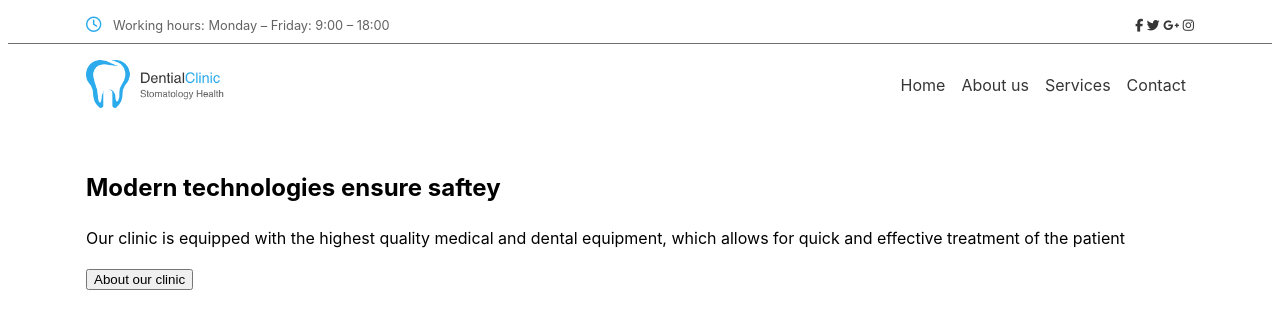
Repository: skepp4rn/uppgift1
Page: index.html
These files come from the project's save history. The page is drawn as it stood at one moment and after the next save; the edit follows.
The browser window is 1280 px wide. The pictures show the whole page.
Some web libraries are served in a nearby version.

Above is the page before, as saved 2020-11-18 20:17:29.

After the next save:
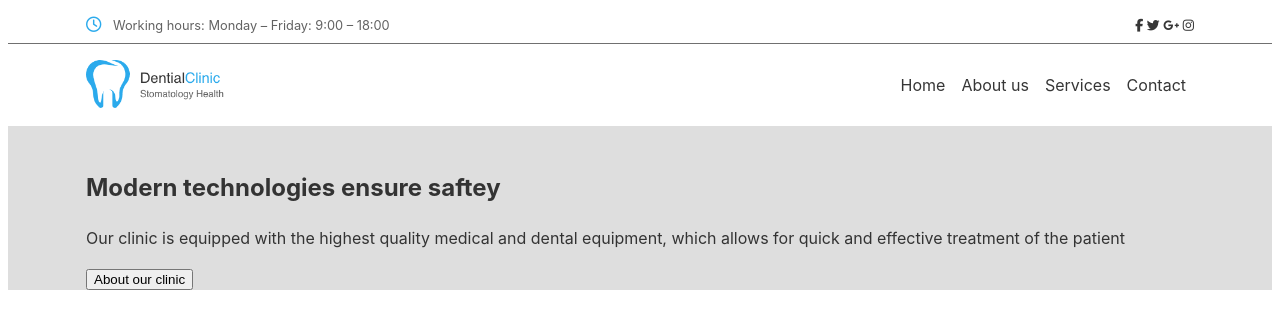
Saved 15 s later.
--- a/style.css
+++ b/style.css
@@ -36,7 +36,7 @@ a:hover {
 }
 
 .bg-gray {
-    background: #DEDEDE
+    background-color: #DEDEDE;
     color: #333333;
 }
 
